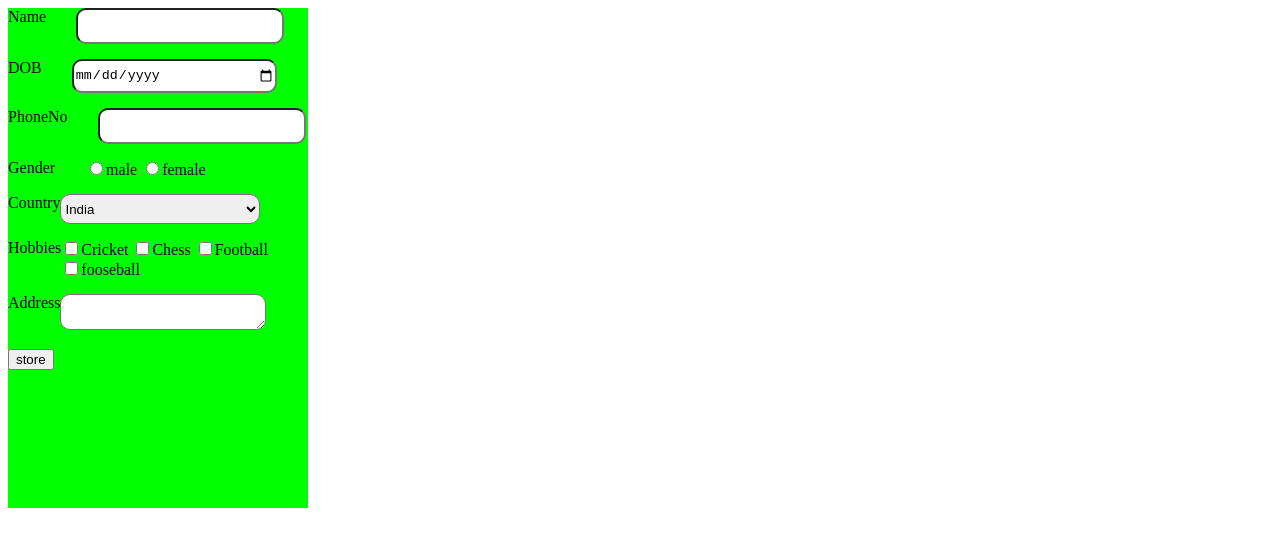
Repository: mnarendra333/batch21_WE
Page: RegApp/WebContent/index.html
The author's editor kept a copy of each file at every save. The page is drawn from the files as they stood at one save, then again after the next save.
The browser window is 1280 px wide. The pictures show the whole page.

Above is the page before, as saved 2019-02-10 07:26:01.

### RegApp/WebContent/index.html
<!DOCTYPE html>
<html>
<head>
<meta charset="ISO-8859-1">
<title>Insert title here</title>

<style type="text/css">
.mainDiv {
	height: 500px;
	width: 300px;
	background-color: lime;
}

.rowDiv {
	/* display: inline-flex; */
	padding-bottom: 15px;
	display: inline-flex;
	padding-right: 30px;
}

.cInput{
	border-radius: 10px;
    height: 30px;
    width: 200px;
}
.lableDiv{
	padding-right: 30px;
}


</style>
</head>
<body>



	<form action="regsrv" method="post">


		<div class="mainDiv">

			<div class="rowDiv">
				<div class="lableDiv">Name</div>
				<div>
					<input type="text" class="cInput" name="uname">
				</div>
			</div>
			<div class="rowDiv">
				<div class="lableDiv">DOB</div>
				<div>
					<input type="date" class="cInput" name="dob">
				</div>
			</div>
			<div class="rowDiv">
				<div class="lableDiv">PhoneNo</div>
				<div>
					<input type="number" class="cInput" name="phno">
				</div>
			</div>
			<div class="rowDiv">
				<div class="lableDiv">Gender</div>
				<div>
					<input type="radio" name="gender" value="male">male <input
						type="radio" name="gender" value="female">female
				</div>
			</div>
			<div class="rowDiv">
				<div>Country</div>
				<div>
					<select name="country" class="cInput">
						<option>India</option>
						<option>China</option>
						<option>Aus</option>
						<option>WI</option>
						<option>Srilanka</option>

					</select>
				</div>
			</div>
			<div class="rowDiv">
				<div>Hobbies</div>
				<div>
					<input type="checkbox" name="hobbies" value="Cricket">Cricket
					<input type="checkbox" name="hobbies" value="Chess">Chess <input
						type="checkbox" name="hobbies" value="Football">Football <input
						type="checkbox" name="hobbies" value="fooseball">fooseball

				</div>
			</div>
			<div class="rowDiv">
				<div>Address</div>
				<div>
					<textarea name="addr" class="cInput"></textarea>
				</div>
			</div>
			<div class="rowDiv">

				<div>
					<input type="submit" value="store">
				</div>
			</div>


		</div>


	</form>

</body>
</html>

After the next save:
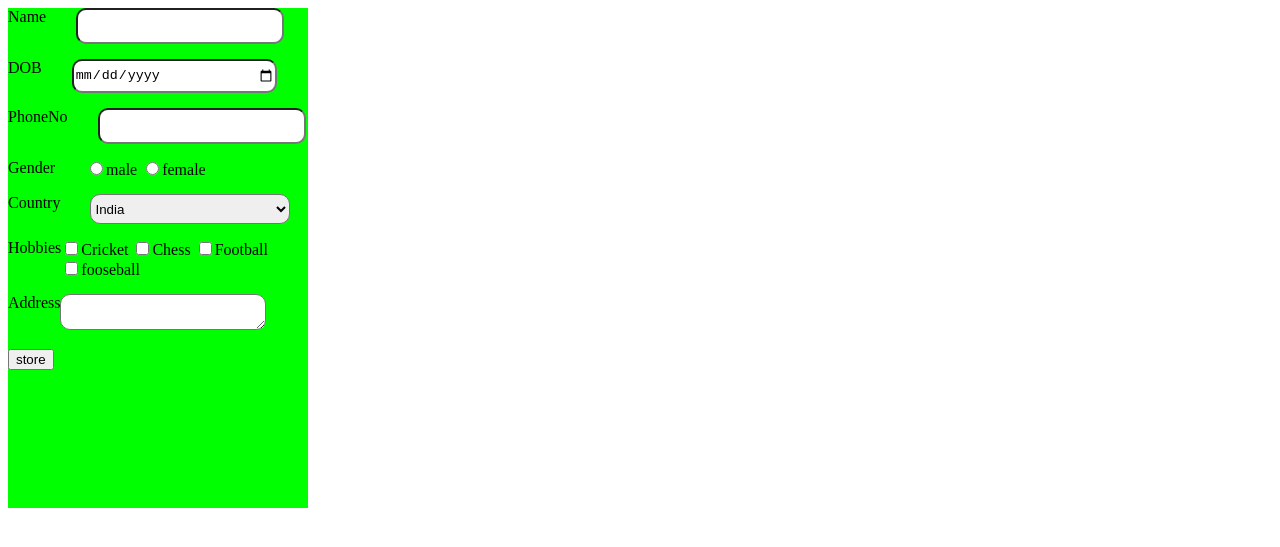
Saved 6 s later.
--- a/RegApp/WebContent/index.html
+++ b/RegApp/WebContent/index.html
@@ -65,7 +65,7 @@
 				</div>
 			</div>
 			<div class="rowDiv">
-				<div>Country</div>
+				<div class="lableDiv">Country</div>
 				<div>
 					<select name="country" class="cInput">
 						<option>India</option>
